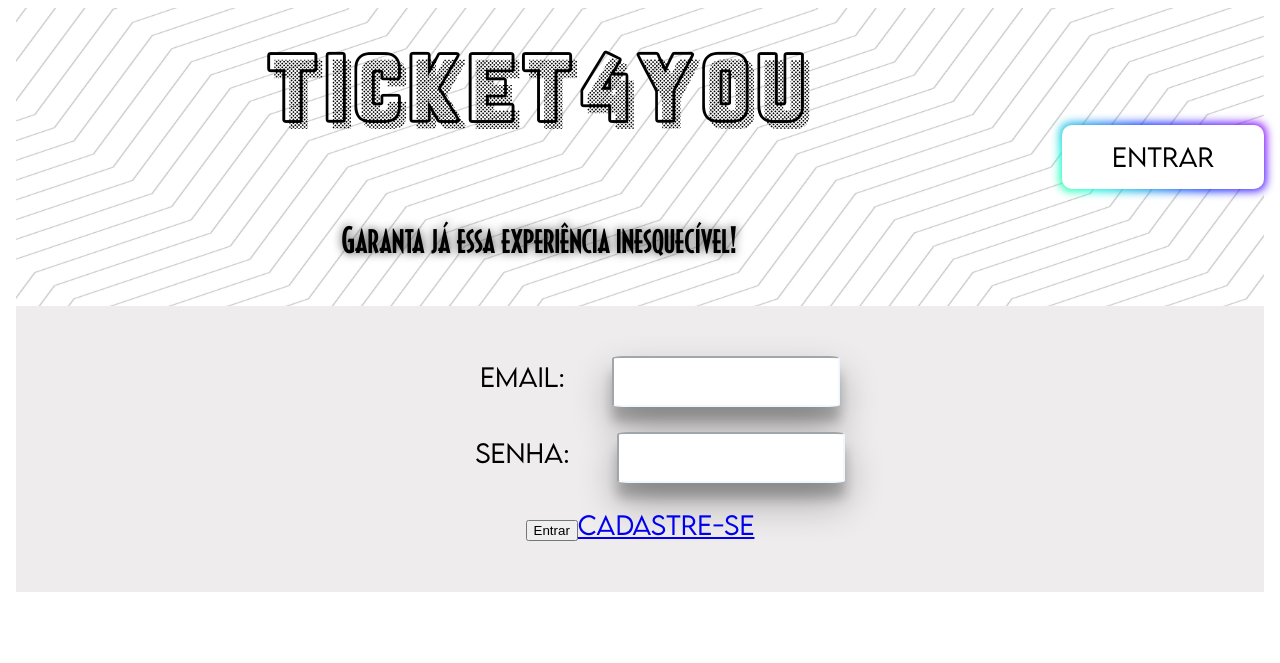
Repository: hellengurgaczz/projeto-DSA
Page: /login
An editor plug-in stored every save of this project. The page is shown before and after the next save, followed by the edit.
The browser window is 1280 px wide. The pictures show the whole page.
The project was rebuilt for these pictures with package versions that can differ from the ones it lists, and the page was loaded fresh each time. Also part of the build but not shown: angular.json, src/app/ingressos/templates/cadastrar/cadastrar.component.ts, src/app/models/ingresso.model.ts, src/app/services/ingresso.service.ts, src/app/compra/comprar-ingresso/comprar-ingresso.component.ts, src/app/models/compra.model.ts, src/app/services/compra.service.ts, src/app/ingressos/templates/deletar/deletar.component.ts and 3 more.

Above is the page before, as saved 2022-05-10 12:36:58.

After the next save:
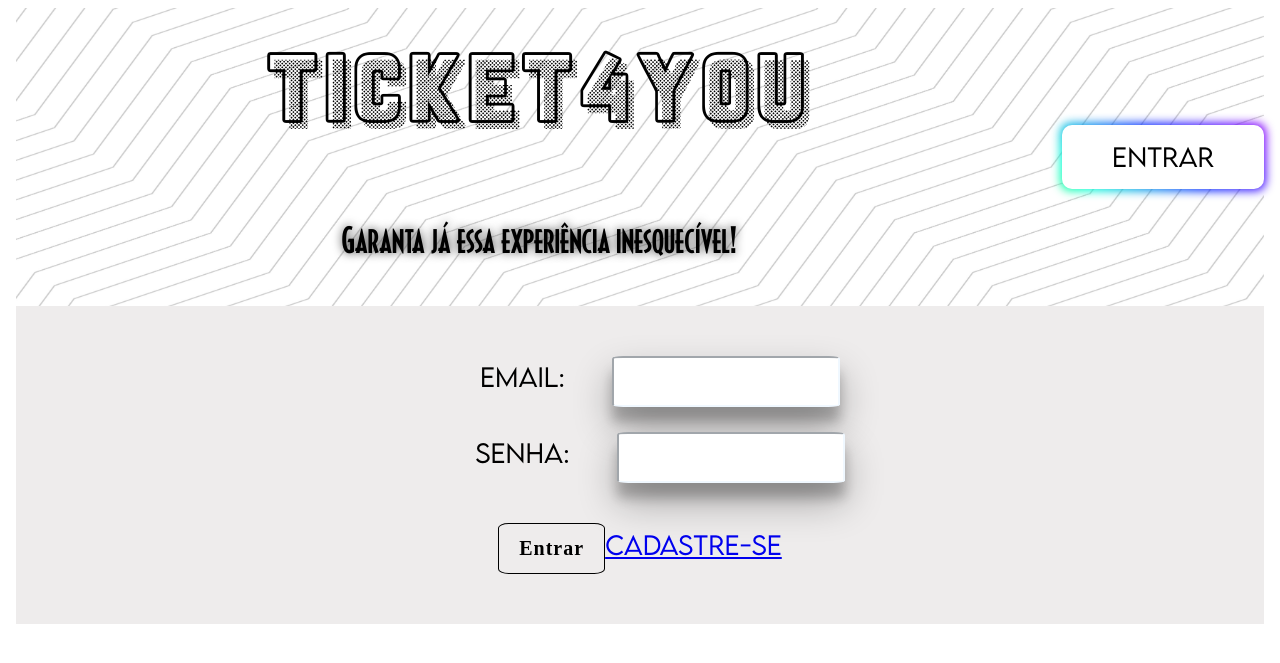
Saved 22 s later.
--- a/src/app/login/login.component.css
+++ b/src/app/login/login.component.css
@@ -31,7 +31,21 @@
 }
 
 button{
-
+  font-size: 20px;
+  font-weight: bolder;
+  font-family: cream-DEMO;
+  letter-spacing: 1px;
+  padding: 13px 20px 13px;
+  outline: 0;
+  margin-top: 15px;
+  border: 1px solid black;
+  border-radius: 10%;
+  cursor: pointer;
+  position: relative;
+  background-color: rgba(0, 0, 0, 0);
+  user-select: none;
+  -webkit-user-select: none;
+  touch-action: manipulation;
 }
 
 @font-face{
